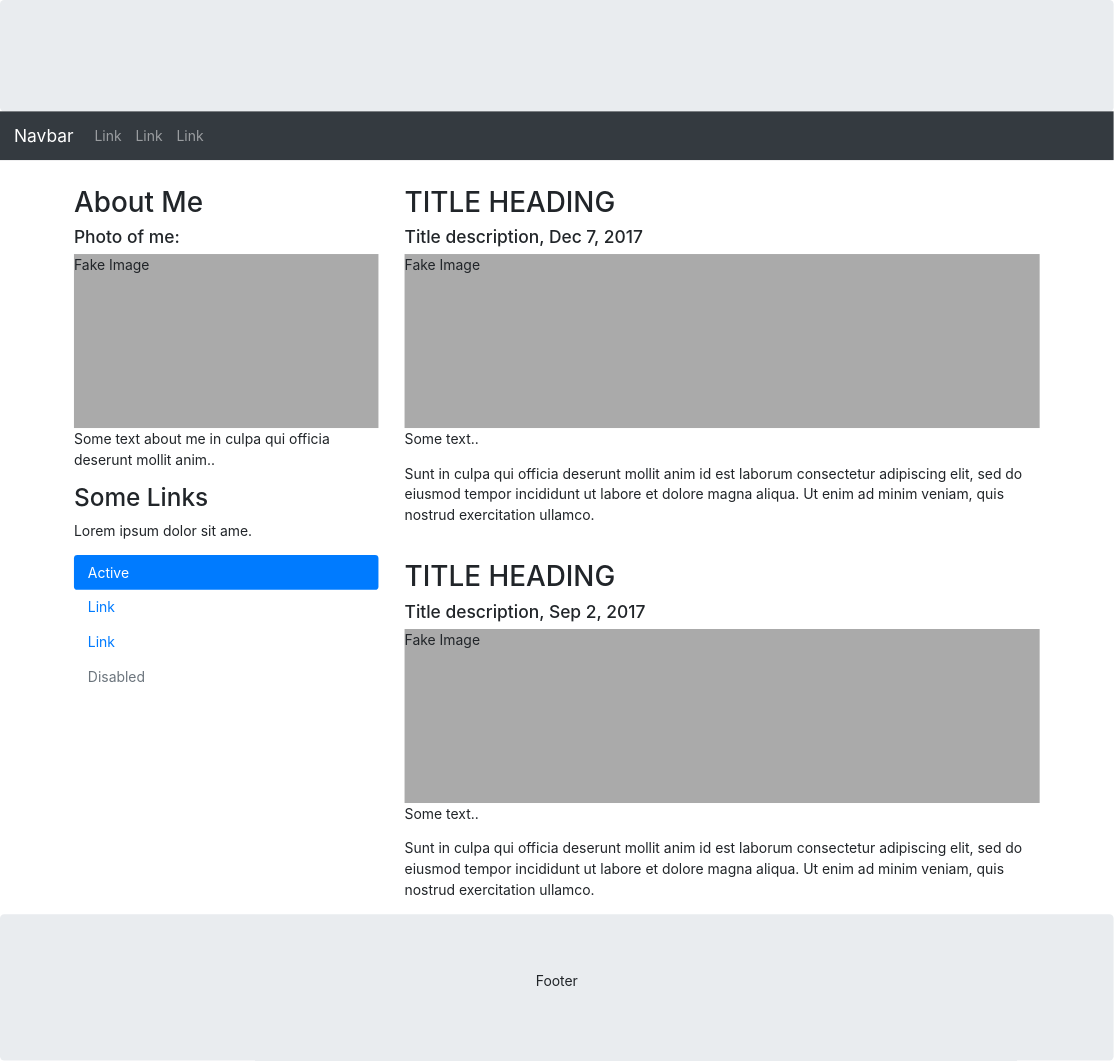
Repository: GunWoo-Kim0612/blog_project_study_review
Page: http://localhost/demo/WEB-INF/views/index.jsp
An editor plug-in stored every save of this project. The page is shown before and after the next save, followed by the edit.
The browser window is 1280 px wide. The pictures show the whole page, at 87% of full size.
The page is served by Tomcat 9. Nobody is signed in. The template is opened directly, without the code that normally fills it, so the values that code supplies are empty.

Above is the page before, as saved 2023-01-31 07:39:28.

After the next save:
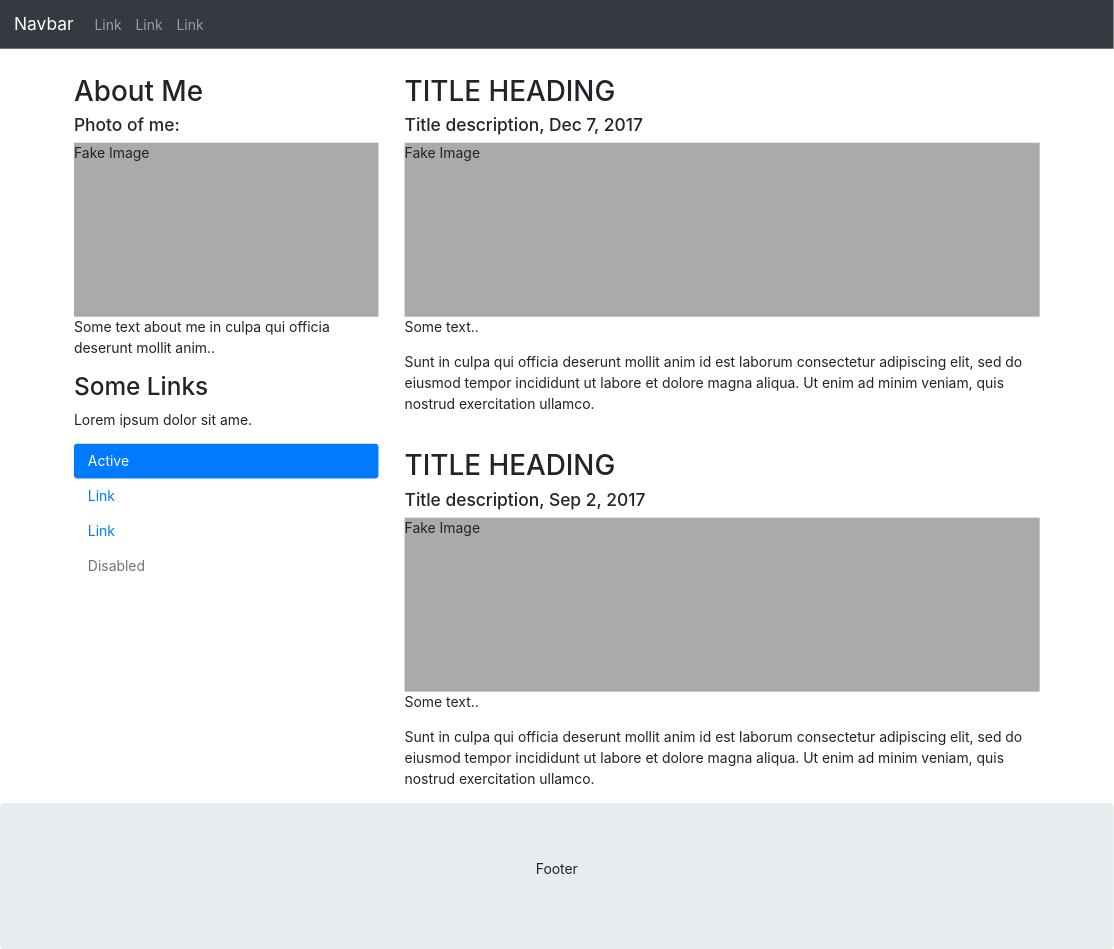
Saved 20 s later.
--- a/demo/src/main/webapp/WEB-INF/views/index.jsp
+++ b/demo/src/main/webapp/WEB-INF/views/index.jsp
@@ -17,8 +17,6 @@
 </head>
 <body>
 
-<div class="jumbotron text-center" style="margin-bottom:0">
-</div>
 
 <nav class="navbar navbar-expand-sm bg-dark navbar-dark">
   <a class="navbar-brand" href="#">Navbar</a>
